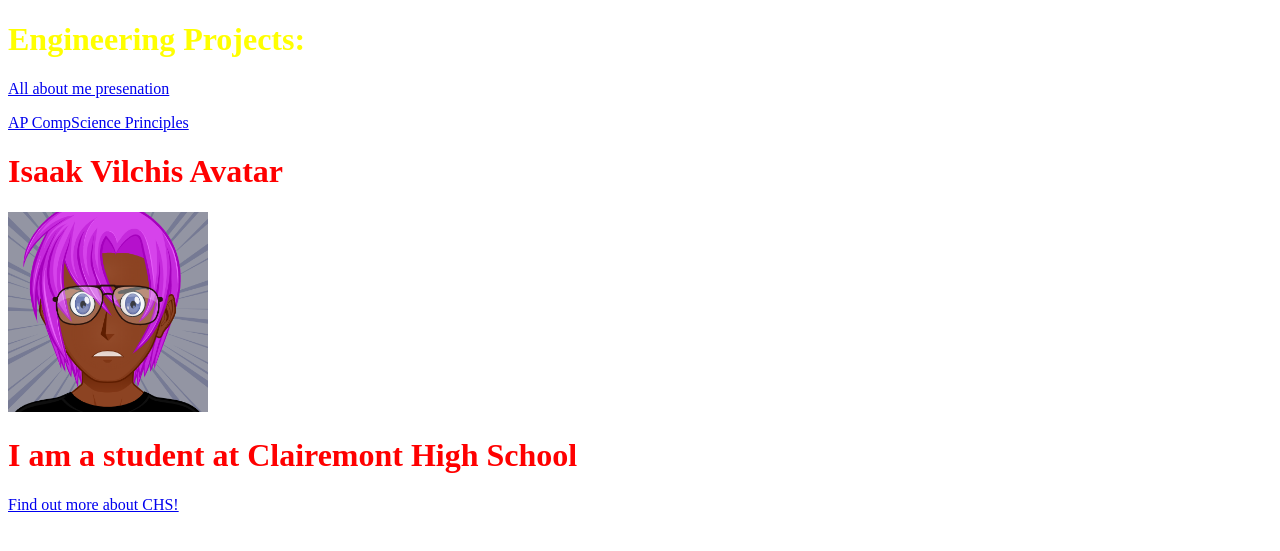
Repository: Isaakwashere/isaakwashere.github.io
Page: Engineering.html
The author's editor kept a record of every edit. The page is drawn from the files as they stood at one moment, then again after the next edit.
The browser window is 1280 px wide. The pictures show the whole page.

Above is the page before.

### Engineering.html
<!DOCTYPE html>
<html>
   <style>
body {

}
</style>


<body>


<h1 style="color:yellow;">Engineering Projects:</h1>
<p><a href="https://docs.google.com/presentation/d/1mD0BiqhZvpvyI9XZHKPByVF1QAbOok-F0DiH1uSW198/edit#slide=id.p">All about me presenation</p>
<p><a href="https://lms.sandi.net/course/view.php?id=1486">AP CompScience Principles</a></p>


<h1 style="color:red;">Isaak Vilchis Avatar</h1>
<img src="images/Avatar.PNG" alt="Mrs. Samora's Avatar" width="200" height="200">
<h1 style="color:red;">I am a student at Clairemont High School</h1>
<a href="https://www.sandiegounified.org/schools/clairemont/" target="_blank"> Find out more about CHS!</a>

</body>
</html>

After the next edit:
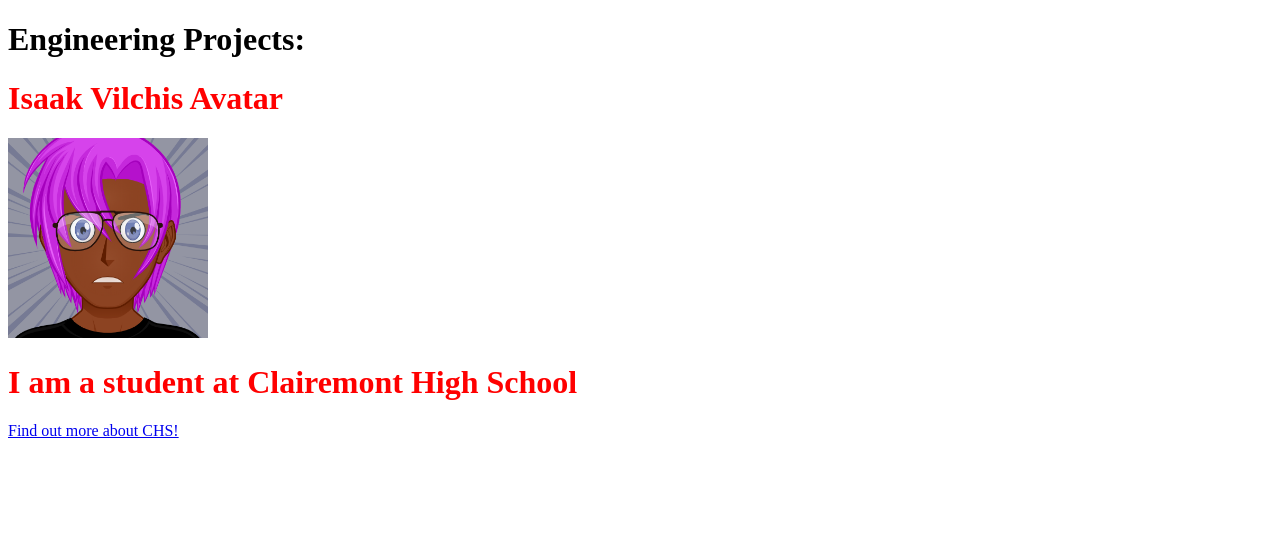
The edit:
--- a/Engineering.html
+++ b/Engineering.html
@@ -10,9 +10,8 @@
 <body>
 
 
-<h1 style="color:yellow;">Engineering Projects:</h1>
-<p><a href="https://docs.google.com/presentation/d/1mD0BiqhZvpvyI9XZHKPByVF1QAbOok-F0DiH1uSW198/edit#slide=id.p">All about me presenation</p>
-<p><a href="https://lms.sandi.net/course/view.php?id=1486">AP CompScience Principles</a></p>
+<h1 style="color:black;">Engineering Projects:</h1>
+
 
 
 <h1 style="color:red;">Isaak Vilchis Avatar</h1>
